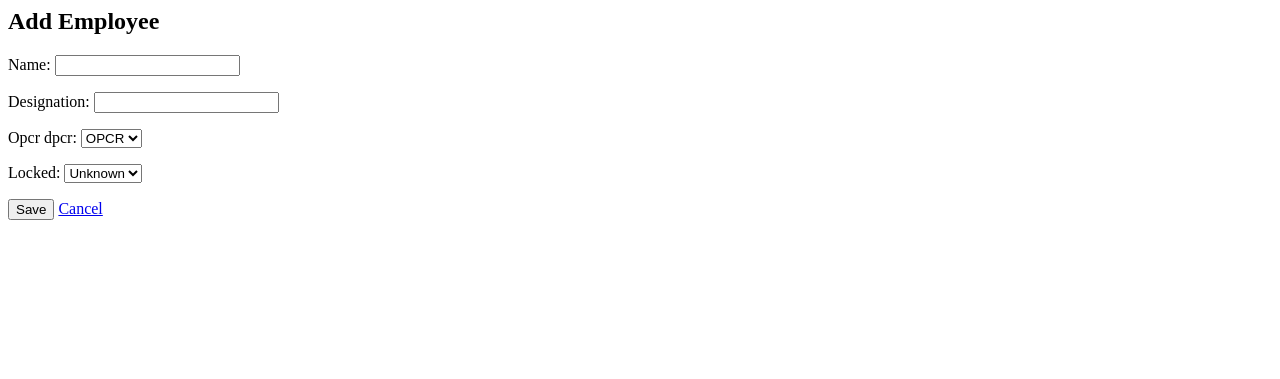
Repository: Jijiluzana225/spms
Page: http://localhost/employees/add/
The author's editor kept a copy of each file at every save. The page is drawn from the files as they stood at one save, then again after the next save.
The browser window is 1280 px wide. The pictures show the whole page.
The page is served by the project's application, run on Django 5.2 (manage.py). Other server files are loaded and not shown.

Above is the page before, as saved 2025-05-19 17:01:01.

### opcr/templatetags/currency_filters.py
from django import template

register = template.Library()

@register.filter
def currency(value):
    try:
        value = float(value)
        return "₱{:,.2f}".format(value)
    except (ValueError, TypeError):
        return "₱0.00"

### opcr/templates/opcr/employee_form.html


  <h2>{{ title }}</h2>
  <form method="post">
    {% csrf_token %}
    {{ form.as_p }}
    <button type="submit" class="btn btn-primary">Save</button>
    <a href="{% url 'employee_list' %}" class="btn btn-secondary">Cancel</a>
  </form>

### opcr/models.py
from django.db import models

# Create your models here.
# core/models.py
from django.db import models



# Status Choices
STATUS_CHOICES = [
    ('Proposed', 'Proposed'),
    ('Revised Proposed', 'Revised Proposed'),
    ('Approved', 'Approved'),
    ('Revised Approved', 'Revised Approved')
]

class Organization_Outcome(models.Model):
    name = models.CharField(max_length=255)

    def __str__(self):
        return self.name


class Pillars(models.Model):
    name = models.CharField(max_length=255)
    Organization_Outcome = models.ForeignKey(Organization_Outcome,on_delete=models.CASCADE)
    def __str__(self):
        return self.name

class Pillar_kpi(models.Model):
    name = models.CharField(max_length=255)
    pillars = models.ForeignKey(Pillars, on_delete=models.CASCADE)
    def __str__(self):
        return f" {self.pillars.Organization_Outcome.name} - {self.pillars.name} | {self.name} "


class Cluster(models.Model):
    acronym  = models.CharField(max_length=50)
    name = models.CharField(max_length=255)
    director = models.CharField(max_length=255)
    def __str__(self):
        return self.acronym

class Division(models.Model):

    cluster = models.ForeignKey(Cluster, on_delete=models.CASCADE)
    name = models.CharField(max_length=255)
    classification = models.CharField(max_length=255, null=True, blank=True)
    def __str__(self):
        return self.name




class Office(models.Model):
    division = models.ForeignKey(Division, on_delete=models.CASCADE)
    name = models.CharField(max_length=255,default="OPCR")
    year = models.PositiveIntegerField()
    status = models.CharField(max_length=20, choices=STATUS_CHOICES, default='Proposed')
    organization_outcome = models.ForeignKey(Organization_Outcome, on_delete=models.CASCADE)
    pillar = models.ForeignKey(Pillars, on_delete=models.CASCADE)  # Assuming you rename it to singular

    class Meta:
        ordering = ['year']  # Default ordering by year
        verbose_name = "Office"
        verbose_name_plural = "Offices"

    def __str__(self):
        return f"{self.division.name} | {self.name} ({self.year}- {self.status}) - {self.organization_outcome.name} | {self.pillar.name}"


class OPCR(models.Model):
    division = models.OneToOneField(Division, on_delete=models.CASCADE)
    name = models.CharField(max_length=255,default="OPCR")
    year = models.PositiveIntegerField()
    status = models.CharField(max_length=20, choices=STATUS_CHOICES, default='Proposed')
    pillar_kpi = models.ManyToManyField(Pillar_kpi)


    # class Meta:
    #     ordering = ['year']  # Default ordering by year
    #     verbose_name = "Office"
    #     verbose_name_plural = "Offices"

    def __str__(self):
        return f"{self.division.name} | {self.name} {self.year} "

from django.contrib.auth.models import User
from django.db import models

class Employee(models.Model):
    OPCR = 'OPCR'
    DPCR = 'DPCR'
    PERFORMANCE_CHOICES = [
        (OPCR, 'OPCR'),
        (DPCR, 'DPCR'),
    ]
    user = models.OneToOneField(User, on_delete=models.CASCADE)  # Link Employee to User
    division = models.ForeignKey(Division, on_delete=models.CASCADE)
    opcr_dpcr = models.CharField(max_length=4, choices=PERFORMANCE_CHOICES, default=OPCR)
    name = models.CharField(max_length=255)
    designation = models.CharField(max_length=150, null=True, blank=True)
    locked = models.BooleanField(default=False, null=True, blank=True)

    class Meta:
        ordering = ['name']
        verbose_name = 'Employee'
        verbose_name_plural = 'Employees'

    # def __str__(self):
    #     return f"{self.division.name} | {self.name}"
    def __str__(self):
        return f"{self.name}"


class OPCR_Smart_kpi(models.Model):

    Project = 'Project'
    Activity = 'Activity'
    Program = 'Program'
    Policy = 'Policy'
    CATEGORY_CHOICES = [
        (Project, 'Project'),
        (Activity, 'Activity'),
        (Program, 'Program'),
        (Policy, 'Policy'),
    ]
    opcr = models.ForeignKey(OPCR, on_delete=models.CASCADE)
    pillar_kpi = models.ForeignKey(Pillar_kpi, on_delete=models.CASCADE)
    name = models.TextField()
    category = models.CharField(max_length=20, choices=CATEGORY_CHOICES, default="", null=True, blank=True)

    first_half_percent = models.DecimalField(max_digits=10, decimal_places=2,null=True, blank=True)
    first_half_unit = models.DecimalField(max_digits=10, decimal_places=2,null=True, blank=True)
    second_half_percent = models.DecimalField(max_digits=10, decimal_places=2,null=True, blank=True)
    second_half_unit = models.DecimalField(max_digits=10, decimal_places=2,null=True, blank=True)
    budget = models.DecimalField(max_digits=10, decimal_places=2,null=True, blank=True)
    budget_used =models.DecimalField(max_digits=10, decimal_places=2,null=True, blank=True)
    assignedto = models.ManyToManyField(Employee)
    narrative = models.TextField(null=True, blank=True)  # Activity field with max length 250 characters

    accomplishment_qty= models.DecimalField(max_digits=10, decimal_places=2,null=True, blank=True)
    accomplishment_percent = models.DecimalField(max_digits=10, decimal_places=2,null=True, blank=True)

    evidence_file = models.ImageField(upload_to='evidence/', null=True, blank=True)
    quality = models.DecimalField(max_digits=10, decimal_places=2,null=True, blank=True)
    efficiency = models.DecimalField(max_digits=10, decimal_places=2,null=True, blank=True)
    timeliness = models.DecimalField(max_digits=10, decimal_places=2,null=True, blank=True)
    averagescore = models.DecimalField(max_digits=10, decimal_places=2,null=True, blank=True)

    score = models.DecimalField(max_digits=10, decimal_places=2,null=True, blank=True)
    remarks = models.TextField(null=True, blank=True)  # Activity field with max length 250 characters

    def __str__(self):
        return f"{self.opcr.division.name} | {self.pillar_kpi.name} | {self.name}"


class KPI(models.Model):
    office = models.ForeignKey(Office, on_delete=models.CASCADE)
    name = models.CharField(max_length=255)


    def __str__(self):
        return f"{self.office.division.name} - {self.office.organization_outcome.name} | {self.office.pillar.name} | {self.name} "





class DPCR(models.Model):
    smart_kpi = models.ForeignKey(OPCR_Smart_kpi, on_delete=models.CASCADE)
    name = models.CharField(max_length=255)
    first_half_percent = models.DecimalField(max_digits=5, decimal_places=2,null=True, blank=True)
    first_half_unit = models.DecimalField(max_digits=5, decimal_places=2,null=True, blank=True)
    second_half_percent = models.DecimalField(max_digits=5, decimal_places=2,null=True, blank=True)
    second_half_unit = models.DecimalField(max_digits=5, decimal_places=2,null=True, blank=True)
    budget = models.DecimalField(max_digits=10, decimal_places=2,null=True, blank=True)
    def __str__(self):
        return f"{self.smart_kpi.opcr.division.name} | {self.smart_kpi.pillar_kpi.name} | {self.smart_kpi.name} | {self.name}"


from django.contrib.auth.models import User

# models.py




from django.db import models

class IPCR_OPCR(models.Model):
    employee = models.OneToOneField(Employee, on_delete=models.CASCADE)  # One-to-One relationship with Employee
    smart_kpi = models.ManyToManyField(OPCR_Smart_kpi)  # Many-to-Many relationship with SmartKPI
    name = models.CharField(max_length=255, default="IPCR/OPCR")  # Optional name field for clarity

    def __str__(self):
        return f"{self.name} | {self.employee.name}"


class IPCR_DPCR(models.Model):
    employee = models.OneToOneField(Employee, on_delete=models.CASCADE)  # One-to-One relationship with Employee
    smart_kpi_dpcr = models.ManyToManyField(DPCR)  # Many-to-Many relationship with SmartKPI
    name = models.CharField(max_length=255, default="IPCR/DPCR")  # Optional name field for clarity

    def __str__(self):
        return f"{self.name} | {self.employee.name}"


class ActivitiesOPCR(models.Model):
    Approved = 'Approved'
    Revised = 'To be Revised'
    Delete = 'To be Deleted'
    STATUS_CHOICES = [
        (Approved, 'Approved'),
        (Revised, 'To be Revised'),
        (Delete, 'To be Delete'),
    ]
    employee = models.ForeignKey(User, on_delete=models.CASCADE, related_name='activities_opcr')  # One-to-many with Employee
    smart_kpi = models.ForeignKey(OPCR_Smart_kpi, on_delete=models.CASCADE, related_name='activities_opcr')  # One-to-many with SmartKPI
    activity = models.CharField(max_length=250)  # Activity field with max length 250 characters
    first_half_percent = models.DecimalField(max_digits=5, decimal_places=2,null=True, blank=True)
    first_half_unit = models.DecimalField(max_digits=5, decimal_places=2,null=True, blank=True)
    second_half_percent = models.DecimalField(max_digits=5, decimal_places=2,null=True, blank=True)
    second_half_unit = models.DecimalField(max_digits=5, decimal_places=2,null=True, blank=True)
    budget = models.DecimalField(max_digits=10, decimal_places=2,null=True, blank=True)
    opcr_status = models.CharField(max_length=20, choices=STATUS_CHOICES, default="", null=True, blank=True)
    head_remarks =  models.CharField(max_length=250, null=True, blank=True)  # Activity field with max length 250 characters
    narrative = models.TextField(null=True, blank=True)  # Activity field with max length 250 characters
    evidence_file = models.ImageField(upload_to='evidence/', null=True, blank=True)
    quality = models.DecimalField(max_digits=5, decimal_places=2,null=True, blank=True)
    efficiency = models.DecimalField(max_digits=5, decimal_places=2,null=True, blank=True)
    timeliness = models.DecimalField(max_digits=5, decimal_places=2,null=True, blank=True)
    averagescore = models.DecimalField(max_digits=5, decimal_places=2,null=True, blank=True)
    weightallocation = models.DecimalField(max_digits=5, decimal_places=2,null=True, blank=True)
    score = models.DecimalField(max_digits=5, decimal_places=2,null=True, blank=True)
    remarks = models.CharField(max_length=250, null=True, blank=True)  # Activity field with max length 250 characters

    def __str__(self):
        return f"{self.smart_kpi.opcr.division.name} | {self.employee.username} | {self.smart_kpi.name} | {self.activity}"


class ActivitiesDPCR(models.Model):

    Approved = 'Approved'
    Revised = 'To be Revised'
    Delete = 'To be Deleted'
    STATUS_CHOICES = [
        (Approved, 'Approved'),
        (Revised, 'To be Revised'),
        (Delete, 'To be Delete'),
    ]
    employee = models.ForeignKey(Employee, on_delete=models.CASCADE, related_name='ActivitiesDPCR')  # One-to-many with Employee
    dpcr_kpi = models.ForeignKey(DPCR, on_delete=models.CASCADE, related_name='ActivitiesDPCR')  # One-to-many with SmartKPI
    activity = models.CharField(max_length=250)  # Activity field with max length 250 characters

    first_half_percent = models.DecimalField(max_digits=5, decimal_places=2,null=True, blank=True)
    first_half_unit = models.DecimalField(max_digits=5, decimal_places=2,null=True, blank=True)
    second_half_percent = models.DecimalField(max_digits=5, decimal_places=2,null=True, blank=True)
    second_half_unit = models.DecimalField(max_digits=5, decimal_places=2,null=True, blank=True)
    budget = models.DecimalField(max_digits=10, decimal_places=2,null=True, blank=True)
    dpcr_status = models.CharField(max_length=20, choices=STATUS_CHOICES, default="", null=True, blank=True)
    head_remarks =  models.CharField(max_length=250, null=True, blank=True)  # Activity field with max length 250 characters
    narrative = models.TextField(null=True, blank=True)  # Activity field with max length 250 characters
    quality = models.DecimalField(max_digits=5, decimal_places=2,null=True, blank=True)
    efficiency = models.DecimalField(max_digits=5, decimal_places=2,null=True, blank=True)
    timeliness = models.DecimalField(max_digits=5, decimal_places=2,null=True, blank=True)
    averagescore = models.DecimalField(max_digits=5, decimal_places=2,null=True, blank=True)
    weightallocation = models.DecimalField(max_digits=5, decimal_places=2,null=True, blank=True)
    score = models.DecimalField(max_digits=5, decimal_places=2,null=True, blank=True)
    remarks = models.CharField(max_length=250, null=True, blank=True)  # Activity field with max length 250 characters


    def __str__(self):
        return f"{self.dpcr_kpi.smart_kpi.opcr.division.name} | {self.employee.name} | {self.activity}"

from django.core.exceptions import ValidationError
from django.core.validators import FileExtensionValidator

# File size validation
def validate_file_size(value):
    file_size_limit = 5 * 1024 * 1024  # 5 MB
    if value.size > file_size_limit:
        raise ValidationError("The file size must not exceed 5 MB.")

def validate_file_extension(value):
    valid_extensions = ['.pdf', '.docx', '.xlsx']
    if not any(value.name.endswith(ext) for ext in valid_extensions):
        raise ValidationError(f"Only {', '.join(valid_extensions)} files are allowed.")

class Attachment(models.Model):
    opcr_smart_kpi = models.ForeignKey(
        'OPCR_Smart_kpi',
        on_delete=models.CASCADE,
        related_name='attachments'
    )
    file = models.FileField(
        upload_to='attachments/',
        validators=[validate_file_extension, validate_file_size]
    )
    uploaded_at = models.DateTimeField(auto_now_add=True)

    def __str__(self):
        return f"Attachment for {self.opcr_smart_kpi.name} - {self.file.name}"

### opcr_main/urls.py
"""
URL configuration for OPCR_Final project.

The `urlpatterns` list routes URLs to views. For more information please see:
    https://docs.djangoproject.com/en/5.1/topics/http/urls/
Examples:
Function views
    1. Add an import:  from my_app import views
    2. Add a URL to urlpatterns:  path('', views.home, name='home')
Class-based views
    1. Add an import:  from other_app.views import Home
    2. Add a URL to urlpatterns:  path('', Home.as_view(), name='home')
Including another URLconf
    1. Import the include() function: from django.urls import include, path
    2. Add a URL to urlpatterns:  path('blog/', include('blog.urls'))
"""
from django.conf import settings
from django.conf.urls.static import static

from django.contrib import admin
from django.urls import path, include
from opcr.views import *

urlpatterns = [
    path('admin/', admin.site.urls, name="admin"),
    # path('report/<int:employee_id>/', employee_report, name='employee_report'),
    path('', include('opcr.urls')),  # Include core app URLs for login, register, etc.


]

if settings.DEBUG:
    urlpatterns += static(settings.MEDIA_URL, document_root=settings.MEDIA_ROOT)

### opcr/urls.py
# urls.py

from django.urls import path
from .views import *

urlpatterns = [
    path("register/", register, name="register"),
    path("login/", login_view, name="login"),
    path("", login_view, name="login"),
    path("logout/", user_logout, name="logout"),
    # path("dashboard/", dashboard, name="dashboard"),
    path('employee_report/<int:user_id>/', employee_report, name='employee_report'),  # New URL pattern
    path('activity/<int:activity_id>/confirm-delete/', confirm_delete_activity, name='confirm_delete_activity'),
    path('activity/<int:activity_id>/confirm-delete_dpcr/', confirm_delete_activity_dpcr, name='confirm_delete_activity_dpcr'),
    path('activity/<int:activity_id>/delete/', delete_activity, name='delete_activity'),
    path('activity/<int:activity_id>/delete_dpcr/', delete_activity_dpcr, name='delete_activity_dpcr'),
    path('activities/<int:user_id>/', ActivitiesView.as_view(), name='activities'),

    path('opcr-smart-kpi/<int:pk>/', update_opcr_smart_kpi, name='update_opcr_smart_kpi'),
    path('opcr-smart-kpi/list/', opcr_smart_kpi_list, name='opcr_smart_kpi_list'),
    path('opcr-smart-kpi/list/all', opcr_smart_kpi_list_all, name='opcr_smart_kpi_list_all'),
    path('opcr-smart-kpi/add/', opcr_smart_kpi_page, name='add_opcr_smart_kpi'),  # Add view



    path('landing/', landing_page, name='landing_page'),
    path('add-ipcr-opcr/', add_ipcr_opcr, name='add_ipcr_opcr'),
    path('add-ipcr-dpcr/', add_ipcr_dpcr, name='add_ipcr_dpcr'),
    path('add/', add_ipcr_opcr, name='add_ipcr_opcr'),
    path('update/<int:pk>/', update_ipcr_opcr, name='update_ipcr_opcr'),
    path('update_dpcr/<int:pk>/', update_ipcr_dpcr, name='update_ipcr_dpcr'),
    # path('message/', show_message, name='show_message'),  # Add this line
    path('smart-kpi-not-in-activities/', smart_kpi_not_in_activities_view, name='smart_kpi_not_in_activitiesopcr'),
    path('employees/', employee_list, name='employee_list'),
    path('employee/update/<int:employee_id>/', update_employee, name='update_employee'),
    # path('update-opcr-smart-kpi/<int:pk>/', update_opcr_smart_kpi, name='update_opcr_smart_kpi'),

    path('lock-profile/', lock_employee_profile, name='lock_profile'),
    # path('missing-dpcr-kpi/', missing_dpcr_kpi_view, name='missing_dpcr_kpi'),

    path('select-employee/', select_employee_view, name='select_employee'),  # New path for selecting employees
    #path('employee/<int:employee_id>/activities/', employee_activity_view, name='employee_activities'),
    # path('employee_report/', employee_report, name='employee_report'),
    # path('activities/', activity_view, name='activity_view'),

    path('generate-pdf/', generate_pdf, name='generate_pdf'),
    path('pdf-preview/', pdf_preview, name='pdf_preview'),




    path('opcr-smart-kpi_rating/<int:pk>/', rate_opcr_smart_kpi, name='rate_opcr_smart_kpi'),
    path('opcr-smart-kpi_rating_rate/<int:pk>/', rate_opcr_smart_kpi_rate, name='rate_opcr_smart_kpi_rate'),
    path('delete-opcr-smart-kpi/<int:pk>/', delete_opcr_smart_kpi, name='delete_opcr_smart_kpi'),

    path('export/', export_to_excel, name='export_to_excel'),

    path('employees/', employee_list, name='employee_list'),
    path('employees/add/', employee_create, name='employee_add'),
    path('employees/<int:pk>/edit/', employee_update, name='employee_edit'),
    path('employees/<int:pk>/delete/', employee_delete, name='employee_delete'),

    path('my-profile/', user_profile, name='user_profile'),
    path('add-user-employee/', create_user_with_employee, name='add_user_employee'),

]

Loaded but not shown: opcr/views.py (978 lines, source omitted); opcr/forms.py (505 lines, source omitted)

After the next save:
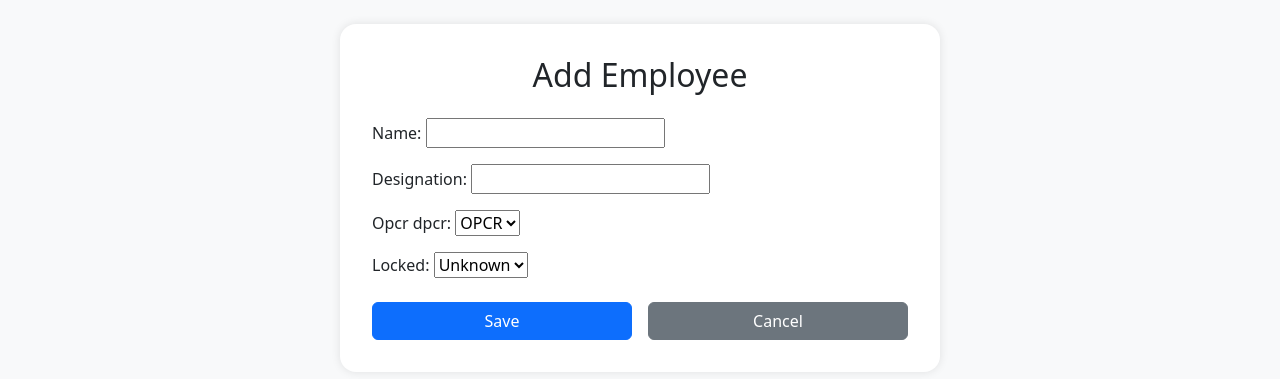
Saved 15 h 51 min later.
--- a/opcr/templates/opcr/employee_form.html
+++ b/opcr/templates/opcr/employee_form.html
@@ -1,9 +1,60 @@
 
+{% load static %}
+<!DOCTYPE html>
+<html lang="en">
+<head>
+    <meta charset="UTF-8">
+    <title>{{ title }}</title>
+    <meta name="viewport" content="width=device-width, initial-scale=1">
+    <!-- Bootstrap 5 CSS -->
+    <link href="https://cdn.jsdelivr.net/npm/bootstrap@5.3.0/dist/css/bootstrap.min.css" rel="stylesheet">
+    <style>
+        body {
+            background-color: #f8f9fa;
+        }
+        .form-container {
+            max-width: 600px;
+            margin: auto;
+            padding: 2rem;
+            background-color: white;
+            border-radius: 1rem;
+            box-shadow: 0 0 10px rgba(0,0,0,0.1);
+        }
+        h2 {
+            text-align: center;
+            margin-bottom: 1.5rem;
+        }
+        .btn {
+            width: 100%;
+        }
+        @media (min-width: 576px) {
+            .btn-group-responsive {
+                display: flex;
+                gap: 1rem;
+            }
+            .btn-group-responsive .btn {
+                width: auto;
+                flex: 1;
+            }
+        }
+    </style>
+</head>
+<body>
+    <div class="container py-4">
+        <div class="form-container">
+            <h2>{{ title }}</h2>
+            <form method="post">
+                {% csrf_token %}
+                {{ form.as_p }}
+                <div class="btn-group-responsive mt-4">
+                    <button type="submit" class="btn btn-primary">Save</button>
+                    <a href="{% url 'employee_list' %}" class="btn btn-secondary">Cancel</a>
+                </div>
+            </form>
+        </div>
+    </div>
 
-  <h2>{{ title }}</h2>
-  <form method="post">
-    {% csrf_token %}
-    {{ form.as_p }}
-    <button type="submit" class="btn btn-primary">Save</button>
-    <a href="{% url 'employee_list' %}" class="btn btn-secondary">Cancel</a>
-  </form>
+    <!-- Bootstrap 5 JS Bundle -->
+    <script src="https://cdn.jsdelivr.net/npm/bootstrap@5.3.0/dist/js/bootstrap.bundle.min.js"></script>
+</body>
+</html>
